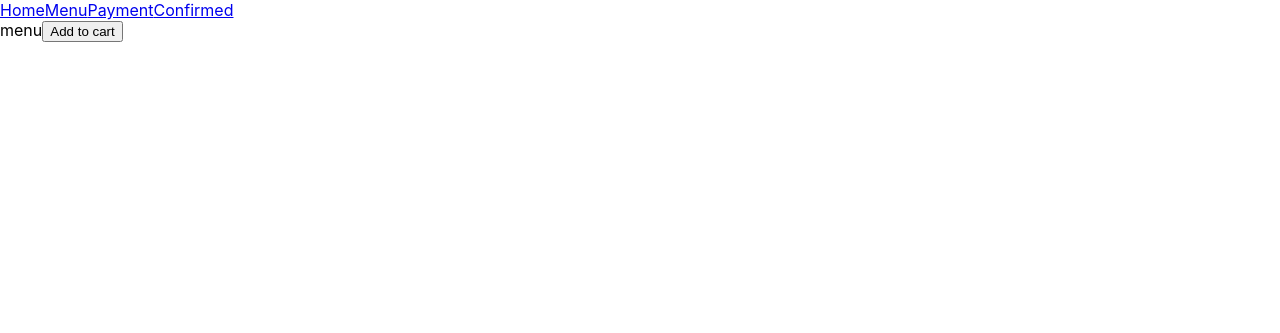
Repository: JoshuaN18/restaurantPOS
Page: /menu (app in Frontend/)
These files come from the project's save history. The page is drawn as it stood at one moment and after the next save; the edit follows.
The browser window is 1280 px wide. The pictures show the whole page.
The project was rebuilt for these pictures with package versions that can differ from the ones it lists, and the page was loaded fresh each time. Also part of the build but not shown: Frontend/src/App.css, Frontend/src/components/Payment.js, Frontend/src/components/Confirmation.js.

Above is the page before, as saved 2022-07-23 14:17:46.

### Frontend/src/App.js
import './App.css';
import {BrowserRouter as Router, Routes, Route, Link} from 'react-router-dom';
import Homepage from './components/homepage';
import Menu from './components/menu';
import Payment from './components/Payment';
import Confirmation from './components/Confirmation';
function App() {
  return (
   <Router>
    <nav>
      <Link to="/">Home</Link>
      <Link to="/menu">Menu</Link>
      <Link to="/payment">Payment</Link>
      <Link to="/confirmed">Confirmed</Link>
    </nav>
    <Routes>
      <Route path="/"element={<Homepage/>}/>
      <Route path="/menu"element={<Menu/>}/>
      <Route path="/payment"element={<Payment/>}/>
      <Route path="/confirmed"element={<Confirmation/>}/>
    </Routes>
   </Router>
  );
}

export default App;

### Frontend/src/components/menu.js
import React from 'react'

const Menu = () => {
  return (
    <div>menu

    <button>Add to cart </button>

    </div>


  )
}

export default Menu

### Frontend/src/components/Menu.js
import React from 'react'
import {Button} from 'react-bootstrap';
const Menu = () => {
  return (
    <div>
        <h1>Menu</h1>
        <div>Breakfast </div>
        <h2>Burger</h2>
        <h3>A classic cheeseburger. <span> $5.99 </span> </h3>
        <div>Lunch </div>
        <div>Dinner </div>
        <Button variant="danger">Add</Button>
    </div>
    // <!-- different sections for differernt types of food -->

    // <!-- each item will need a name, image (if possible), description and price and quantity and be able to be selected -->

   //  <!-- add button would be the price, with a quantity selector next to it -->

  )
}

export default Menu

Loaded but not shown: Frontend/public/index.html (common file); Frontend/src/index.js (common file); Frontend/src/index.css (common file); Frontend/src/components/homepage.js (no stored copy; drawn as an empty file)

After the next save:
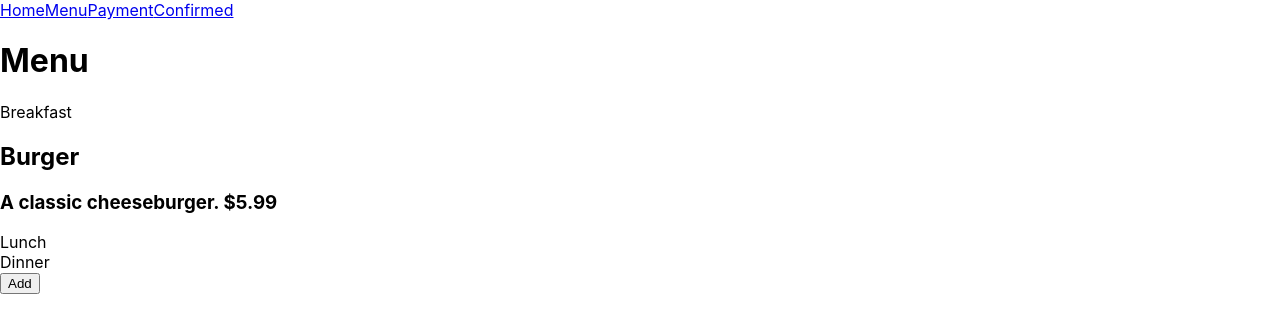
Saved 3 s later.
--- a/Frontend/src/App.js
+++ b/Frontend/src/App.js
@@ -1,7 +1,7 @@
 import './App.css';
 import {BrowserRouter as Router, Routes, Route, Link} from 'react-router-dom';
 import Homepage from './components/homepage';
-import Menu from './components/menu';
+import Menu from './components/Menu';
 import Payment from './components/Payment';
 import Confirmation from './components/Confirmation';
 function App() {
